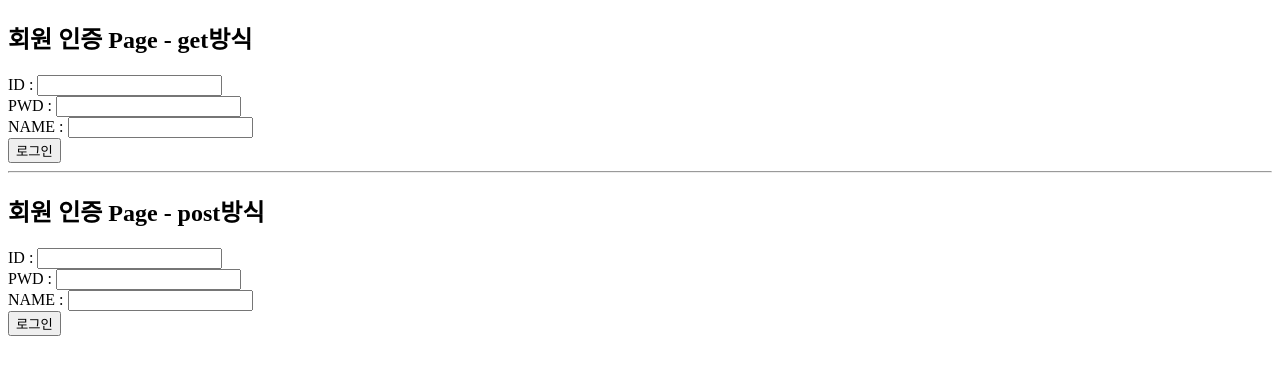
Repository: j-hee-98/Servlet-JSP
Page: step02_JSP/src/main/webapp/cookies/LoginForm.html
An editor plug-in stored every save of this project. The page is shown before and after the next save, followed by the edit.
The browser window is 1280 px wide. The pictures show the whole page.

Above is the page before, as saved 2025-04-16 02:08:11.

After the next save:
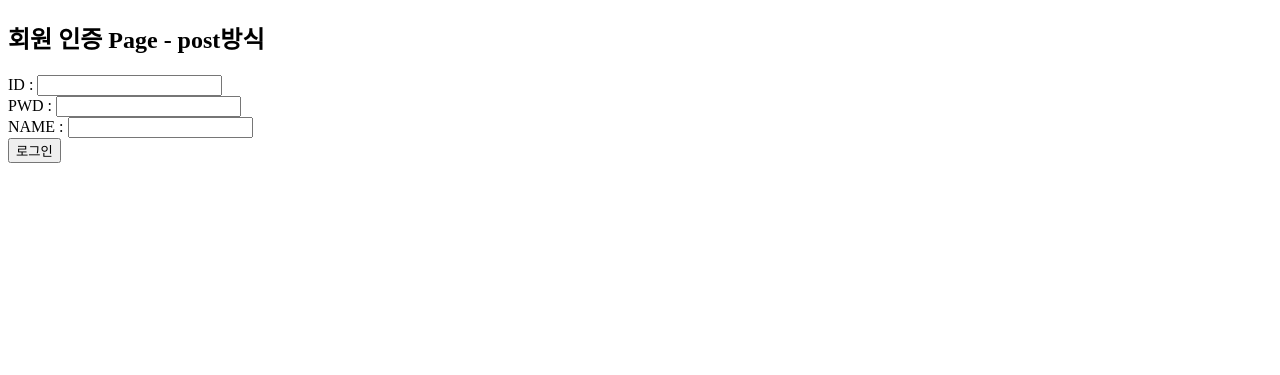
Saved 3 min 7 s later.
--- a/step02_JSP/src/main/webapp/cookies/LoginForm.html
+++ b/step02_JSP/src/main/webapp/cookies/LoginForm.html
@@ -5,18 +5,6 @@
 <title>Insert title here</title>
 </head>
 <body>
-<h2> 회원 인증 Page - get방식</h2>
-
-<form method="get" action="life">
-  ID : <input type="text" name="userId" /><br/>
-  PWD : <input type="password" name="userPwd" /></br/>
-  NAME : <input type="text" name="userName" /></br/>
-
-  <input type="submit" value="로그인" />
-</form>
-
-<hr>
-
 <h2> 회원 인증 Page - post방식</h2>
 
 <form method="post" action="life">
